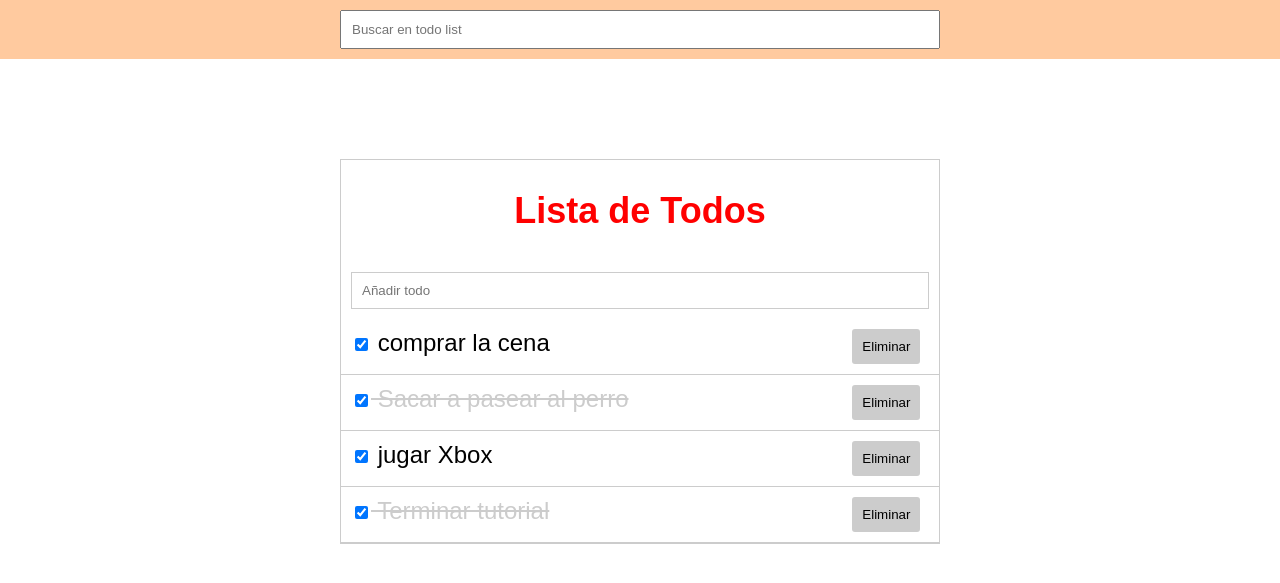
Repository: MauriVaz/Primer-app-con-Vue
Page: /
The author's editor kept a copy of each file at every save. The page is drawn from the files as they stood at one save, then again after the next save.
The browser window is 1280 px wide. The pictures show the whole page.
The project was rebuilt for these pictures with package versions that can differ from the ones it lists, and the page was loaded fresh each time. Also part of the build but not shown: vue.config.js.

Above is the page before, as saved 2022-12-28 22:04:56.

After the next save:
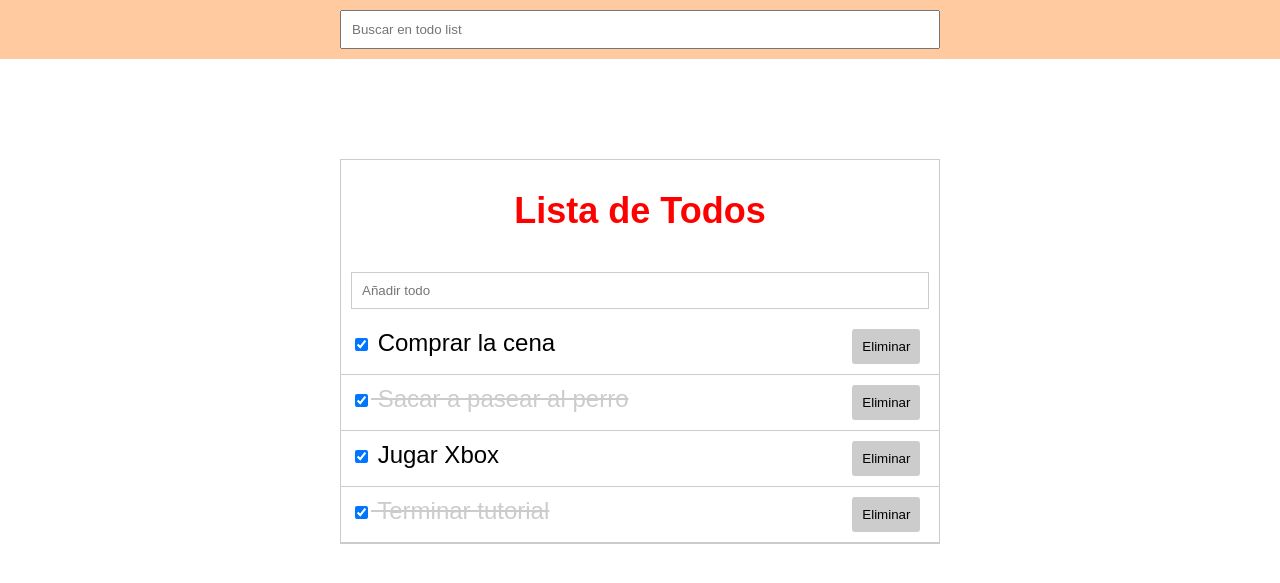
Saved 31 s later.
--- a/src/App.vue
+++ b/src/App.vue
@@ -49,7 +49,7 @@ export default {
       todos: [
         {
           id: 0,
-          title:  'comprar la cena',
+          title:  'Comprar la cena',
           completed: false
         },
         {
@@ -59,7 +59,7 @@ export default {
        },
        {
          id: 2,
-         title: 'jugar Xbox',
+         title: 'Jugar Xbox',
          completed: false
        },
        {
